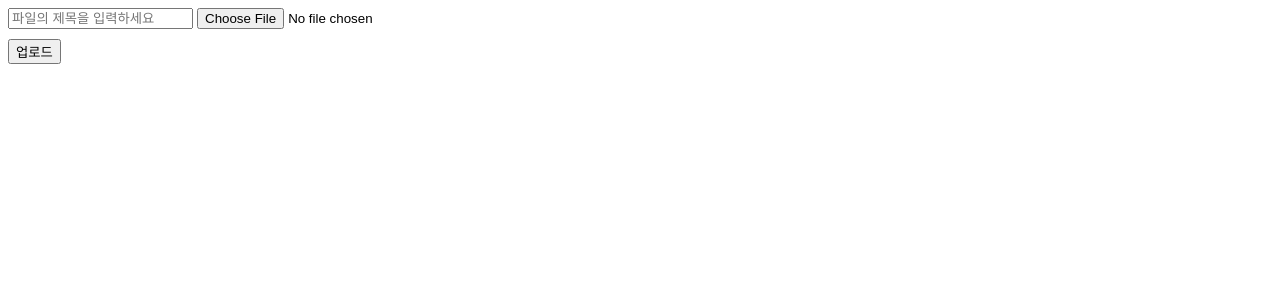
Repository: gudbrwkd98/JavaEE-JSP
Page: BoardApp/WebContent/gallery/send.html
An editor plug-in stored every save of this project. The page is shown before and after the next save, followed by the edit.
The browser window is 1280 px wide. The pictures show the whole page.

Above is the page before, as saved 2020-12-04 02:24:01.

After the next save:
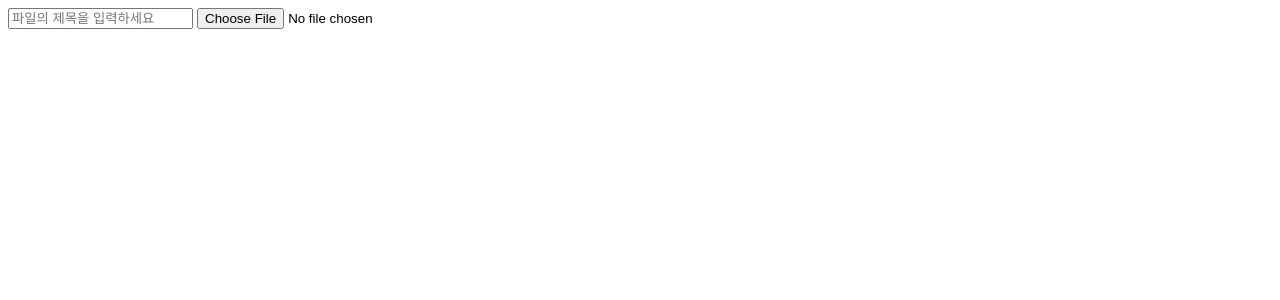
Saved 17 s later.
--- a/BoardApp/WebContent/gallery/send.html
+++ b/BoardApp/WebContent/gallery/send.html
@@ -24,7 +24,7 @@
   <form action="form1" enctype = "multipart/form-data" >
 	<input type="text" name="msg" placeholder="파일의 제목을 입력하세요" >
 	<input type="file"><br>
-	<button onClick="">업로드</button>
+
   </form>
 </body>
 </html>

After the save that followed:
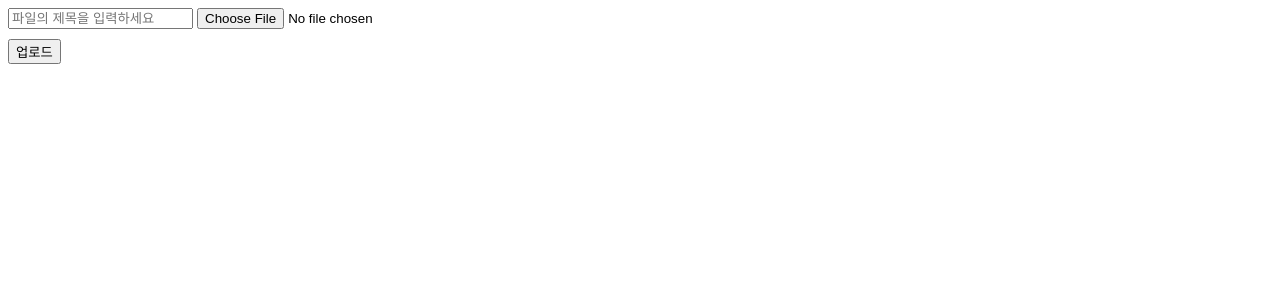
Saved 6 s later.
--- a/BoardApp/WebContent/gallery/send.html
+++ b/BoardApp/WebContent/gallery/send.html
@@ -24,7 +24,7 @@
   <form action="form1" enctype = "multipart/form-data" >
 	<input type="text" name="msg" placeholder="파일의 제목을 입력하세요" >
 	<input type="file"><br>
-
+	<button onClick="send()">업로드</button>
   </form>
 </body>
 </html>
